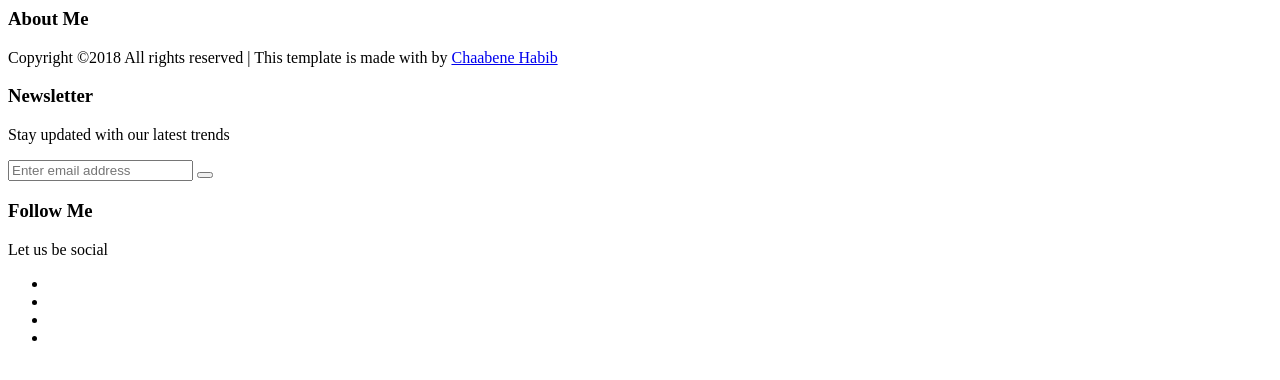
Repository: ChaabeneHabib/habib-chaabene
Page: footer.html
The author's editor kept a copy of each file at every save. The page is drawn from the files as they stood at one save, then again after the next save.
The browser window is 1280 px wide. The pictures show the whole page.

Above is the page before, as saved 2019-11-17 22:04:16.

After the next save:
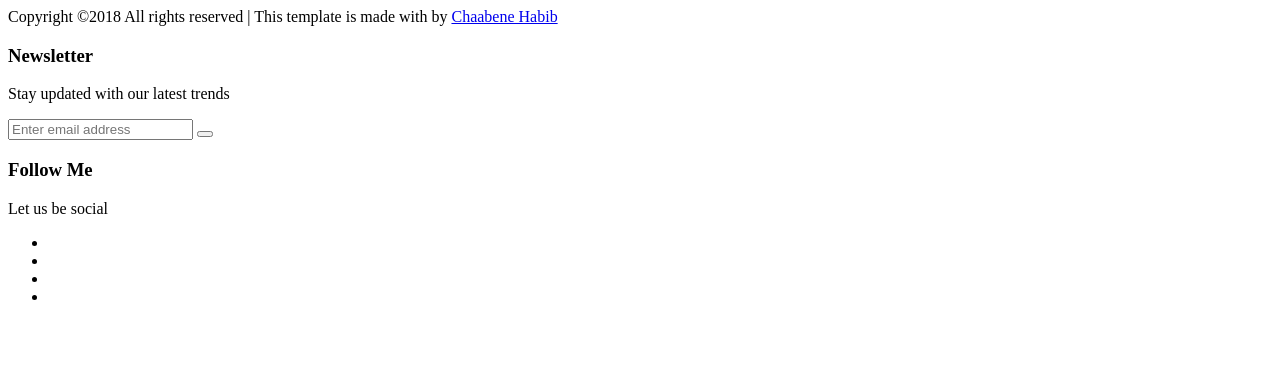
Saved 5 s later.
--- a/footer.html
+++ b/footer.html
@@ -4,7 +4,7 @@
             <div class="col-lg-5 col-sm-6">
                 <aside class="f_widget ab_widget">
                     <div class="f_title">
-                        <h3>About Me</h3>
+                        <h3></h3>
                     </div>
                     <p> </p>
                     <p><!-- Link back to Colorlib can't be removed. Template is licensed under CC BY 3.0. -->
